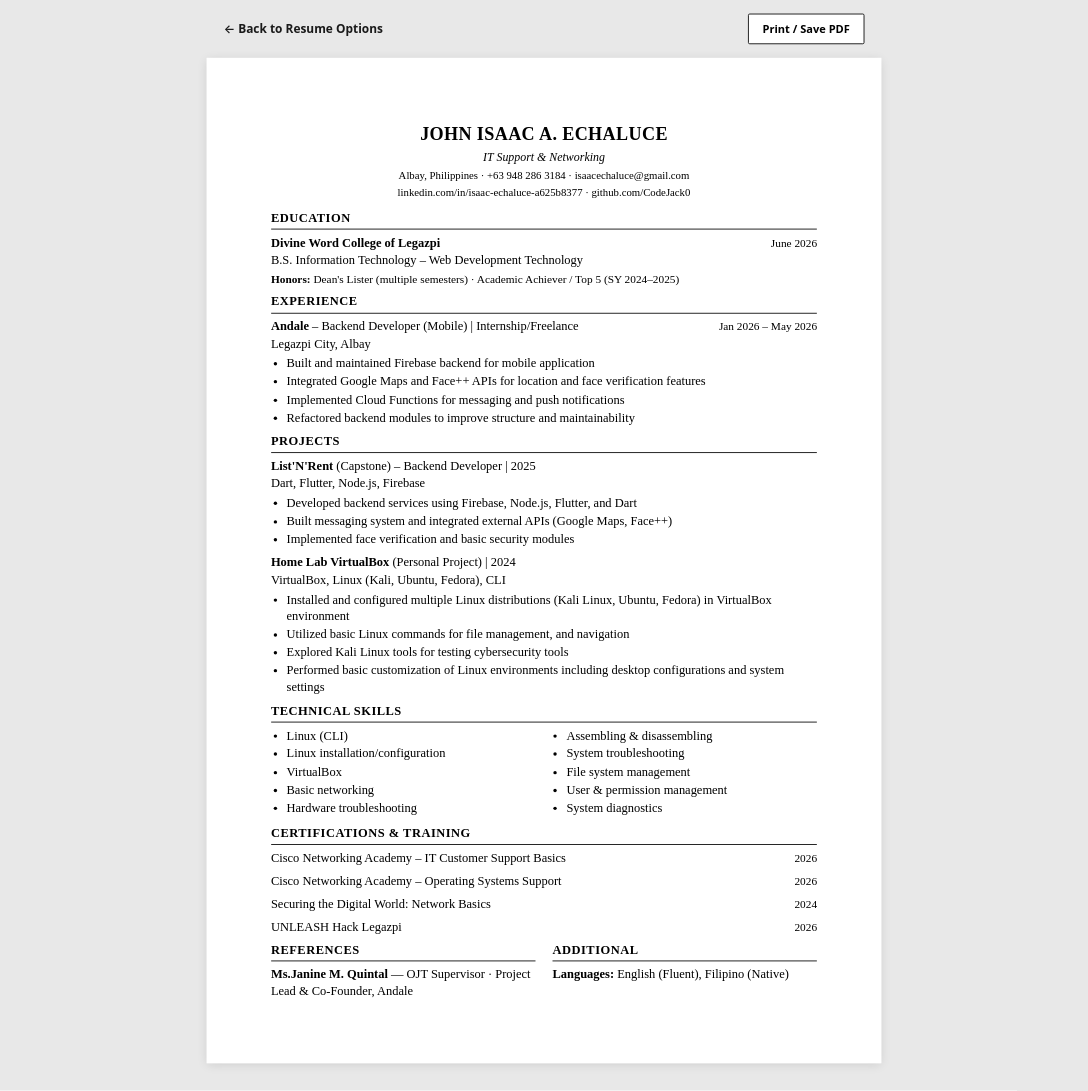
Repository: CodeJack0/Professional_Portfolio
Page: pages/resume_networking.html
These files come from the project's save history. The page is drawn as it stood at one moment and after the next save; the edit follows.
The browser window is 1280 px wide. The pictures show the whole page, at 85% of full size.

Above is the page before, as saved 2026-05-30 09:43:20.

After the next save:
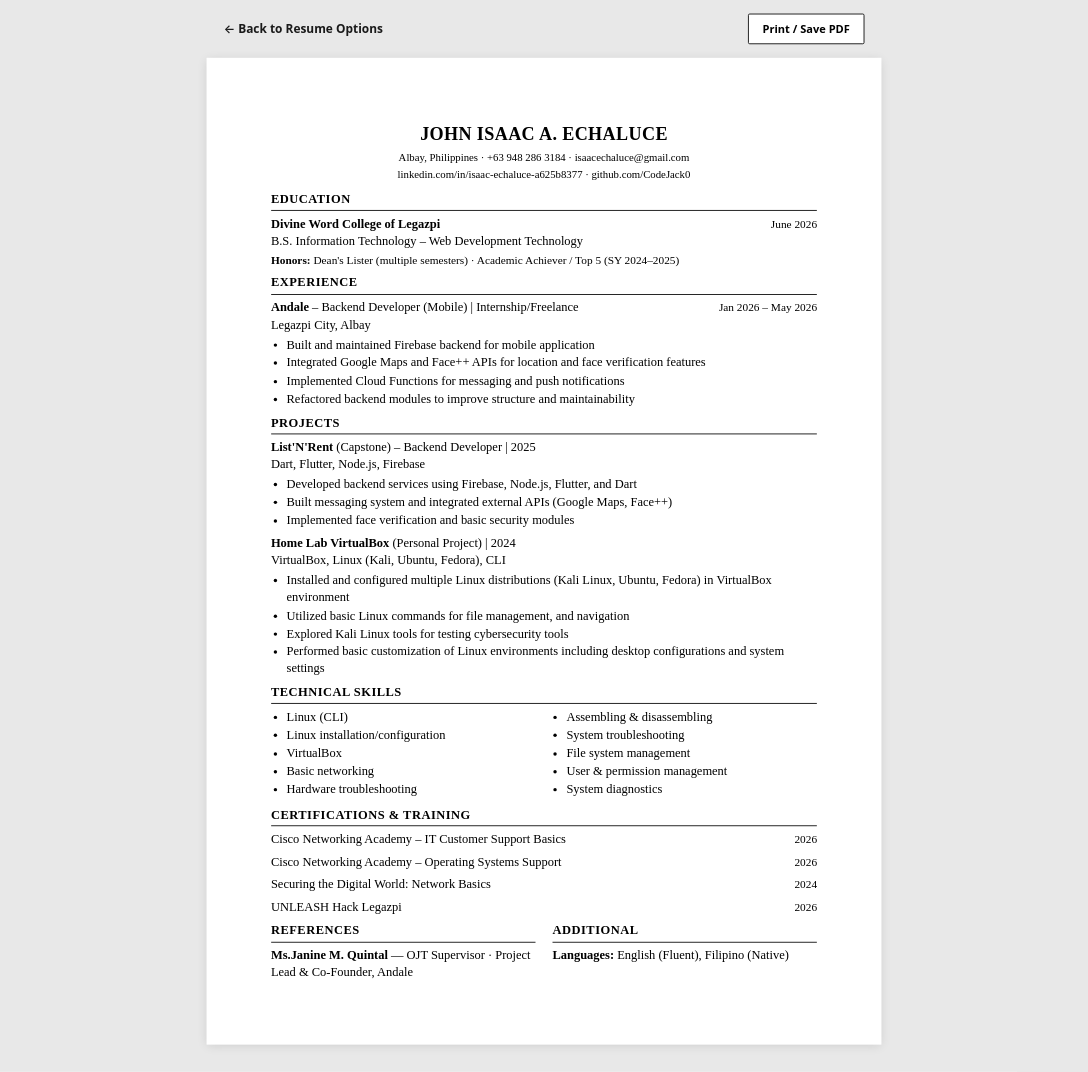
Saved 8 s later.
--- a/pages/resume_networking.html
+++ b/pages/resume_networking.html
@@ -16,7 +16,6 @@
   <article class="resume-document" aria-label="Resume">
     <header class="resume-header">
       <h1 class="resume-name">John Isaac A. Echaluce</h1>
-      <p class="resume-tagline">IT Support &amp; Networking</p>
       <p class="resume-contact-line">
         Albay, Philippines · <a href="tel:+639482863184">+63 948 286 3184</a> ·
         <a href="mailto:isaacechaluce@gmail.com">isaacechaluce@gmail.com</a>
